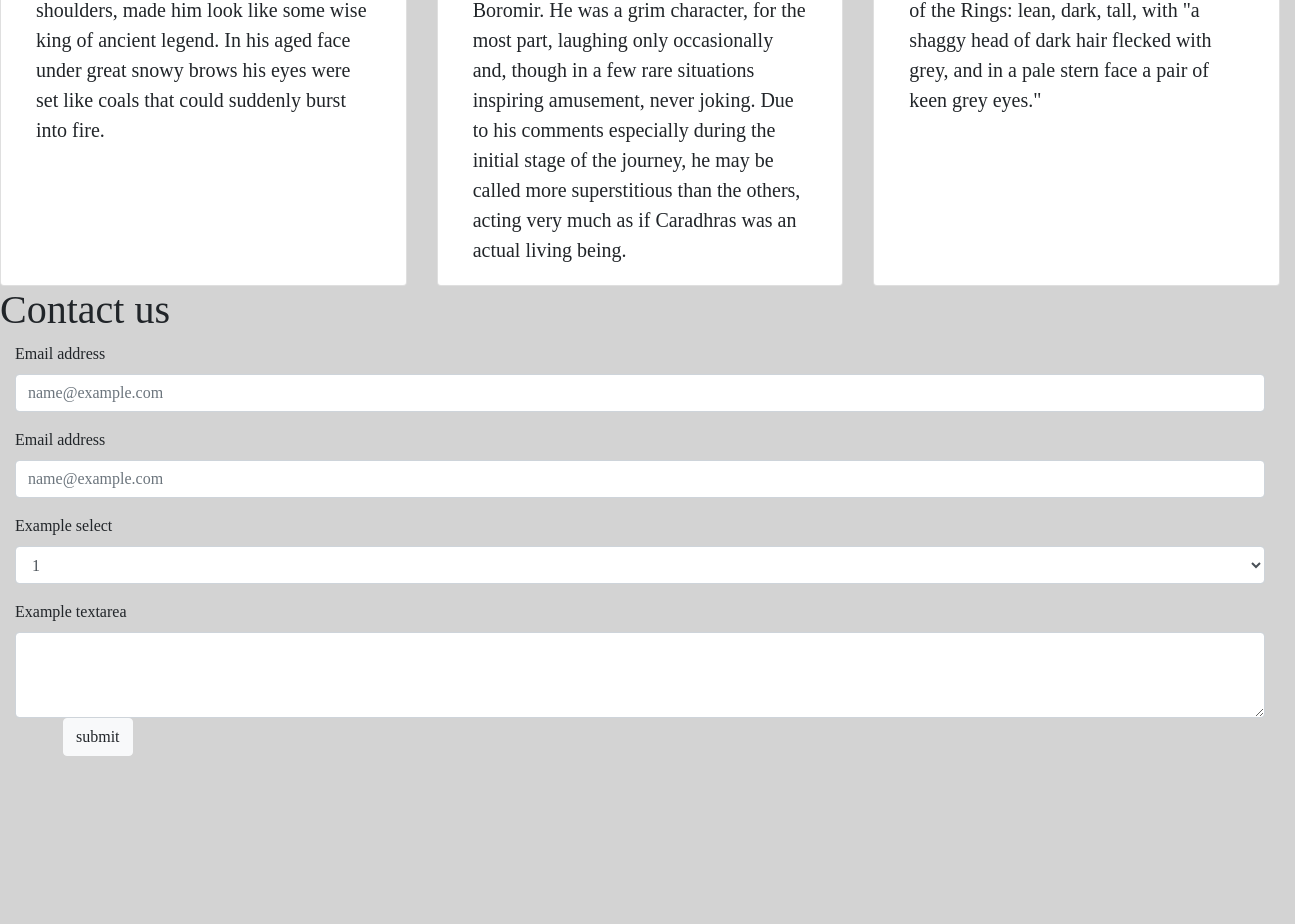
Repository: Khaleddwm/FindThePrecious
Page: index.html
These files come from the project's save history. The page is drawn as it stood at one moment and after the next save; the edit follows.
The browser window is 1280 px wide. The page is 1295 px wide, so the pictures cover 1295 px, including what lies to the right of the window. The pictures show the part of the page from y = 1574 to 2498 px (the page is 2498 px tall).
Some web fonts or font styles are not loaded; a fallback is used.

Above is the page before, as saved 2020-05-24 16:49:30.

### index.html
<!DOCTYPE html>
<html lang="en">
<head>
    <meta charset="UTF-8">
    <meta name="viewport" content="width=device-width, initial-scale=1.0">
    <title>FindThePrecious</title>
    <link href="https://fonts.googleapis.com/css2?family=Bad+Script&display=swap" rel="stylesheet">
    <!-- CSS only -->
    <link rel="stylesheet" href="https://stackpath.bootstrapcdn.com/bootstrap/4.5.0/css/bootstrap.min.css" integrity="sha384-9aIt2nRpC12Uk9gS9baDl411NQApFmC26EwAOH8WgZl5MYYxFfc+NcPb1dKGj7Sk" crossorigin="anonymous">
    <link rel="stylesheet" href="style.css">
    <!-- JS, Popper.js, and jQuery -->
    <script src="https://code.jquery.com/jquery-3.5.1.slim.min.js" integrity="sha384-DfXdz2htPH0lsSSs5nCTpuj/zy4C+OGpamoFVy38MVBnE+IbbVYUew+OrCXaRkfj" crossorigin="anonymous"></script>
    <script src="https://cdn.jsdelivr.net/npm/popper.js@1.16.0/dist/umd/popper.min.js" integrity="sha384-Q6E9RHvbIyZFJoft+2mJbHaEWldlvI9IOYy5n3zV9zzTtmI3UksdQRVvoxMfooAo" crossorigin="anonymous"></script>
    <script src="https://stackpath.bootstrapcdn.com/bootstrap/4.5.0/js/bootstrap.min.js" integrity="sha384-OgVRvuATP1z7JjHLkuOU7Xw704+h835Lr+6QL9UvYjZE3Ipu6Tp75j7Bh/kR0JKI" crossorigin="anonymous"></script>
</head>
<body>
    <nav class="navbar navbar-expand-sm navbar-dark bg-dark">
        <a href"index.html" class="titleNav navbar-brand">FindThePrecious.com</a>
        <button class="navbar-toggler" data-toggle="collapse" data-target="#navbarMenu">
            <span class="navbar-toggler-icon"></span>
        </button>
        <div class="collapse navbar-collapse" id="navbarMenu">
            <ul class="navbar-nav">
                <li class="nav-item">
                    <a href="#" class="nav-link">Fellows</a>
                </li>
                <li>
                    <a href="#" class="nav-link">Contact us</a>
                </li>
            </ul>
        </div>
    </nav>
    <div id="carouselControls" class="carousel slide" data-ride="carousel">
        <div class="carousel-inner">
            <div class="carousel-caption d-none d-block">
                <h1>Dangerous fellowship try to destroy the ring</h1>
                <p>Orcs, Goblins, Balrogs, protect your master Sauron !</p>
            </div>
            <div class="carousel-item active">
                <img class="d-block w-100" src="https://img.phonandroid.com/2018/04/seigneur-des-anneaux.jpg" alt="First slide">
            </div>
            <div class="carousel-item">
                <img class="d-block w-100" src="https://www.journaldugeek.com/content/uploads/2019/07/lord-of-the-rings-gollum-new-lotr-stealth-game-coming-2021-from-daedalic-entertainment-767717.jpg" alt="Second slide">
            </div>
            <div class="carousel-item">
                <img class="d-block w-100" src="https://static.fnac-static.com/multimedia/Images/FD/Comete/123445/CCP_IMG_ORIGINAL/1608701.jpg" alt="Third slide">
            </div>
        </div>
        <a class="carousel-control-prev" href="#carouselControls" role="button" data-slide="prev">
            <span class="carousel-control-prev-icon" aria-hidden="true"></span>
            <span class="sr-only">Previous</span>
        </a>
        <a class="carousel-control-next" href="#carouselControls" role="button" data-slide="next">
            <span class="carousel-control-next-icon" aria-hidden="true"></span>
            <span class="sr-only">Next</span>
        </a>
    </div>
    <div class="wanted">
        <div class="wanted-title">
            <h1>Fellows wanted dead (or alive if you want to eat them later)</h1>
        </div>
        <div class="card-deck">
            <div class="card col-xs-12 col-md-4">
                <img src="https://kr4v3n.github.io/Sauron/img/gandalf.png" class="card-img-top" alt="Gandalf">
                <div class="living card-img-overlay">
                    <h2>Reward 1000 gold coins</h2>
                </div>
                <div class="card-body">
                    <h2 class="card-title">Gandalf</h2>
                    <p class="card-text">
                        Gandalf was shorter in stature than the other two; but his long white hair,
                        his sweeping silver beard, and his broad shoulders, made him look like some wise king of ancient legend.
                        In his aged face under great snowy brows his eyes were set like coals that could suddenly burst into fire.
                    </p>
                </div>
            </div>
            <div class="card col-xs-12 col-md-4">
                <img src="https://kr4v3n.github.io/Sauron/img/gimli.png" class="card-img-top" alt="Gimli">
                <div class="dead card-img-overlay">
                    <h2>DEAD</h2>
                </div>
                <div class="card-body">
                    <h2 class="card-title">Gimli</h2>
                    <p class="card-text">
                        Gimli throughout the War showed perhaps the greatest open contempt for Sauron and his minions, save possibly Boromir.
                        He was a grim character, for the most part, laughing only occasionally and, though in a few rare situations inspiring amusement,
                        never joking. Due to his comments especially during the initial stage of the journey, he may be called more superstitious than the others,
                        acting very much as if Caradhras was an actual living being.
                    </p>
                </div>
            </div>
            <div class="card col-xs-12 col-md-4">
                <img src="https://kr4v3n.github.io/Sauron/img/aragorn.png" class="card-img-top" alt="Aragorn">
                <div class="living card-img-overlay">
                    <h2>Reward 250 gold coins</h2>
                </div>
                <div class="card-body">
                    <h2 class="card-title">Aragorn</h2>
                    <p class="card-text">
                        An artist's conception of Aragorn at The Prancing Pony Tolkien gives
                        a brief but detailed description of him in The Lord of the Rings: lean, dark, tall, with
                        "a shaggy head of dark hair flecked with grey, and in a pale stern face a pair of keen grey eyes."
                    </p>
                </div>
            </div>
        </div>
    </div>
    <div>
        <h1>Contact us</h1>
        <form class="container-fluid">
            <div class="form-group">
                <label for="email">Email address</label>
                <input type="email" class="form-control" id="email" placeholder="name@example.com">
            </div>
            <div class="form-group">
                <label for="email">Email address</label>
                <input type="email" class="form-control" id="email" placeholder="name@example.com">
            </div>
            <div class="form-group">
                <label for="select">Example select</label>
                <select class="form-control" id="select">
                    <option>1</option>
                    <option>2</option>
                    <option>3</option>
                    <option>4</option>
                    <option>5</option>
                </select>
            </div>
            <div class="form">
                <label for="textarea">Example textarea</label>
                <textarea class="form-control" id="textarea" rows="3"></textarea>
            </div>
            <div class="form pl-5">
                <input type="submit" class="btn btn-light" id="submit" value="submit">
            </div>
        </form>
    </div>
</body>
</html>

### style.css
body {
    font-family: 'Bad Script', cursive;
    background-color: lightgrey;
}

#navbarMenu, .titleNav {
    font-size: 30px;
}

.navbar {
    overflow: hidden;
    position: fixed; /* Set the navbar to fixed position */
    top: 0; /* Position the navbar at the top of the page */
    width: 100%; /* Full width */
    z-index: 1000;
}

/* Change background on mouse-over */
#navbarMenu a:hover {
    background: lightgray;
    color: black;
}

#carouselControls {
    padding-top: 60px;
}

p {
    font-size: 20px;
}

img {
    width: auto;
    height: 600px;
}

.wanted-title {
    text-align: center;
    margin: 50px;
}
/* hover for living */
.living h2 {
    background-color: lightgray;
}

.living {
    opacity: 0;
}

.living:hover {
    opacity: 1;
    text-align: center;
}

/* hover for dead */
.dead {
    opacity: 0;
}

.dead:hover {
    opacity: 1;
    text-align: center;
    background-color: lightgray;
}

After the next save:
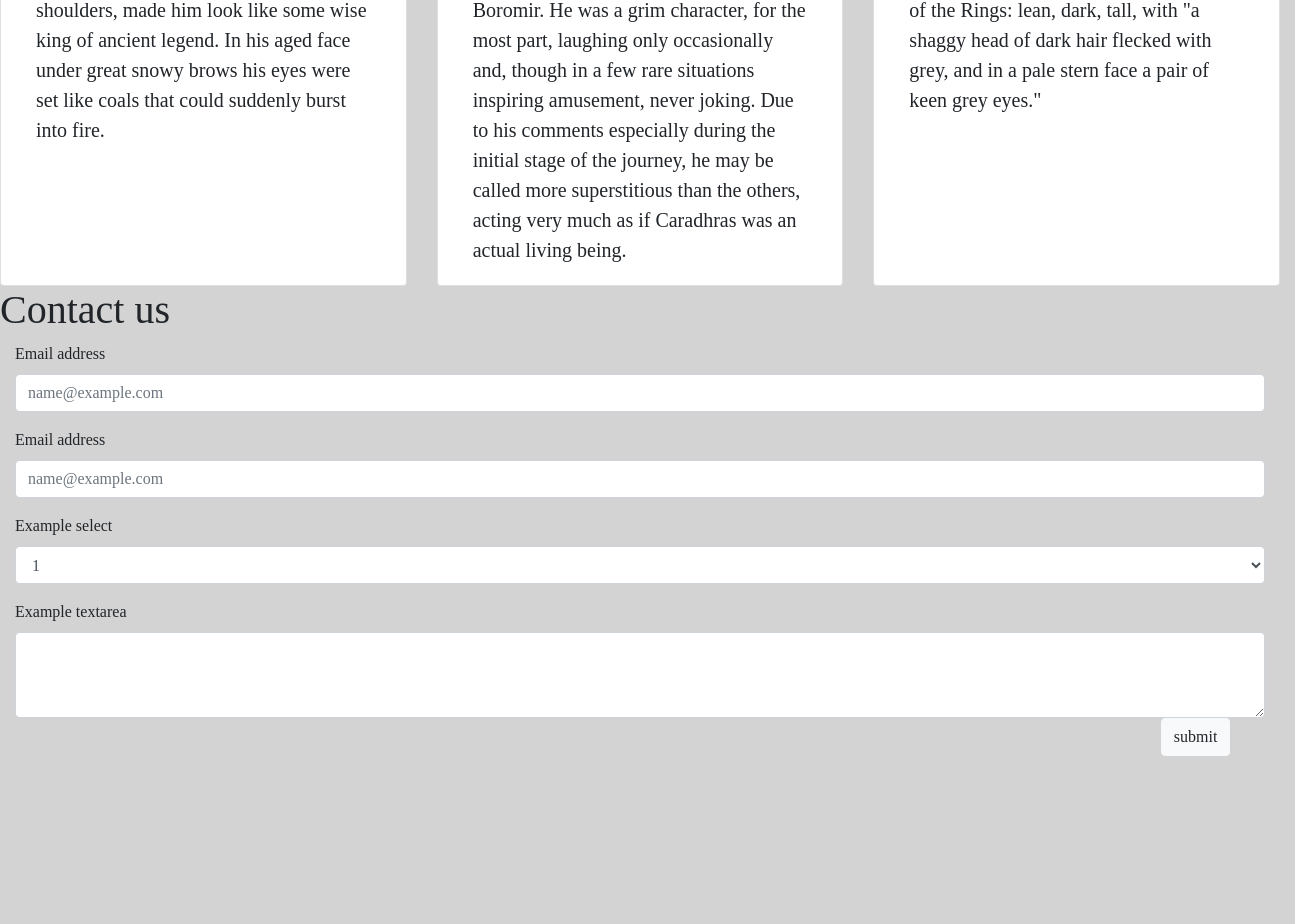
Saved 15 s later.
--- a/index.html
+++ b/index.html
@@ -130,7 +130,7 @@
                 <label for="textarea">Example textarea</label>
                 <textarea class="form-control" id="textarea" rows="3"></textarea>
             </div>
-            <div class="form pl-5">
+            <div class="form offset-11">
                 <input type="submit" class="btn btn-light" id="submit" value="submit">
             </div>
         </form>
